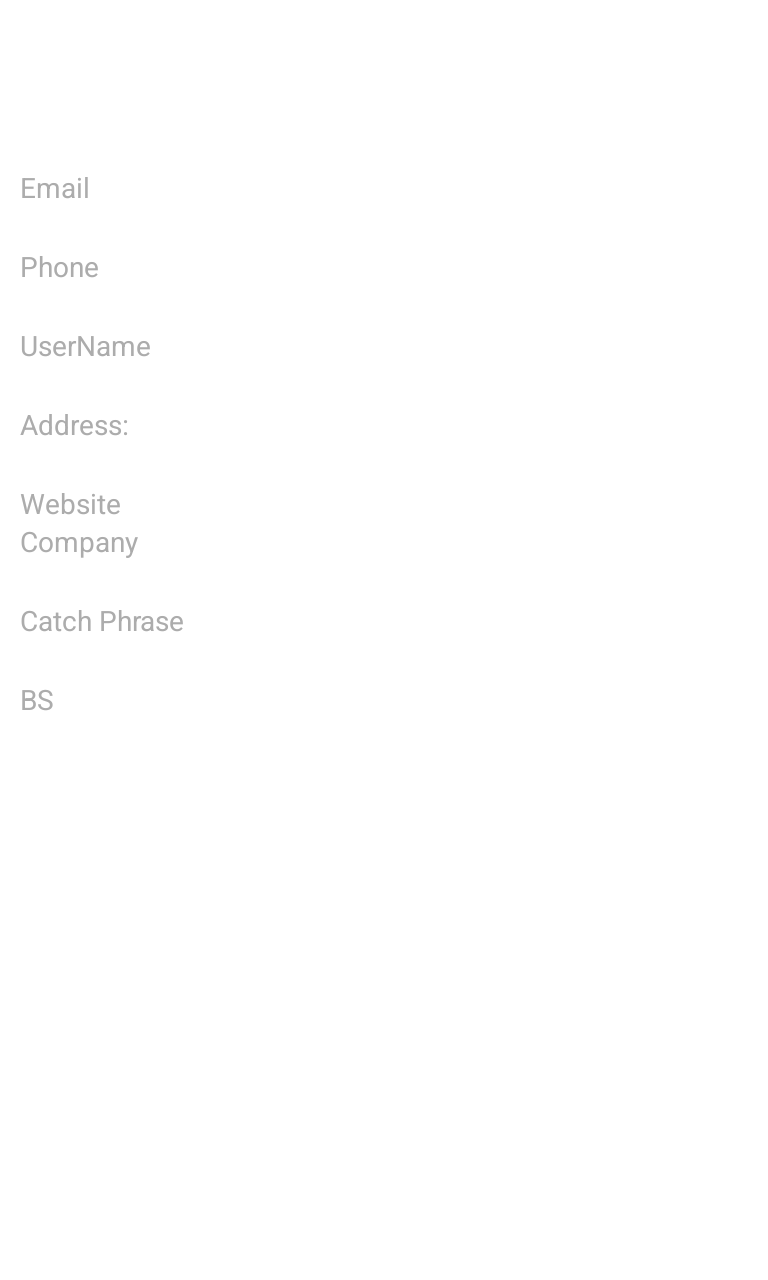
Repository: thomknot/Contact-List
Layout: Contacts/res/layout/detail_contact.xml
An editor plug-in stored every save of this project. The layout is shown before and after the next save, followed by the edit.
It is drawn on a 768 x 1280 px phone screen (xhdpi) without system bars, with theme AppTheme; the app's code is not run.

Above is the layout before, as saved 2015-05-12 02:16:00.

After the next save:
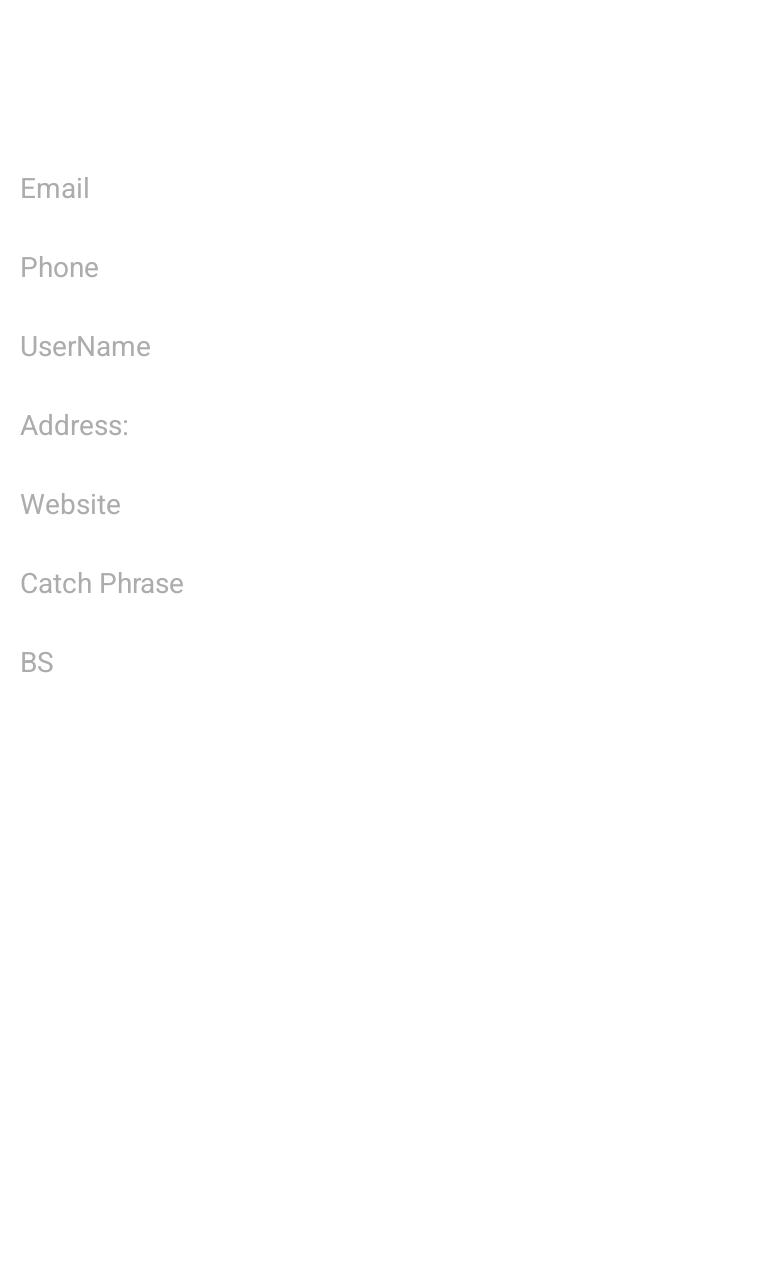
Saved 45 s later.
--- a/Contacts/res/layout/detail_contact.xml
+++ b/Contacts/res/layout/detail_contact.xml
@@ -96,6 +96,7 @@
             android:layout_width="fill_parent"
             android:layout_height="wrap_content"
             android:text="Company"
+            android:visibility="gone"
             android:textColor="#acacac"
             />
 
